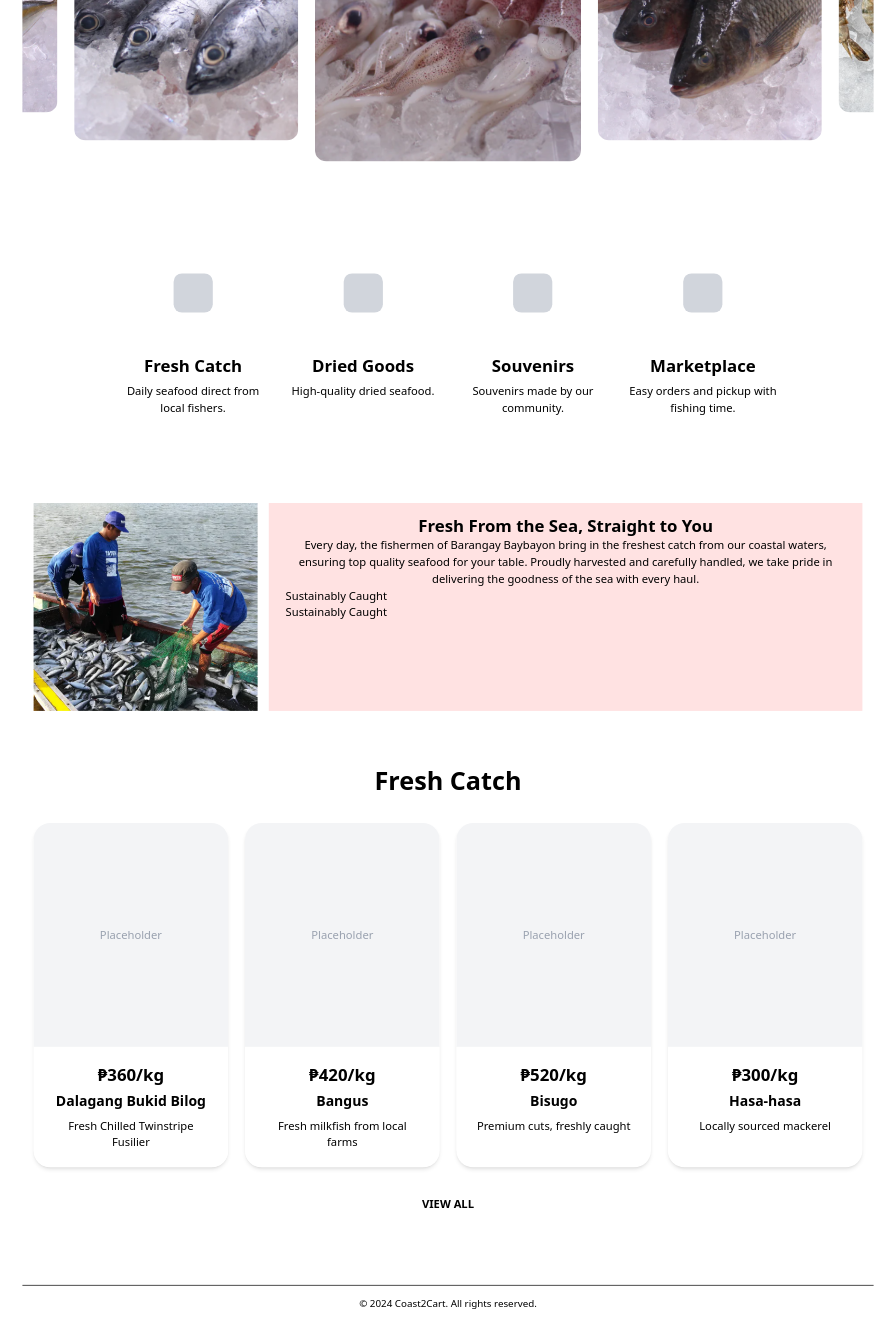
Repository: Coast2Card/coast2cart-frontend
Page: /
These files come from the project's save history. The page is drawn as it stood at one moment and after a run of saves; the edit follows.
The browser window is 1280 px wide. The pictures show the part of the page from y = 882 to 2802 px (the page is 2802 px tall before and 2765 px after), at 70% of full size.
The project was rebuilt for these pictures with package versions that can differ from the ones it lists, and the page was loaded fresh each time. Also part of the build but not shown: vite.config.js, src/pages/Seafood.jsx, src/pages/Souvenirs.jsx, src/pages/About.jsx, src/pages/Cart.jsx, src/pages/Profile.jsx, src/pages/Colors.jsx.

Above is the page before, as saved 2025-09-07 15:37:22.

### index.html
<!DOCTYPE html>
<html lang="en" data-theme="coast2cart">
  <head>
    <meta charset="UTF-8" />
    <!-- <link rel="icon" type="image/svg+xml" href="/vite.svg" /> -->
    <meta name="viewport" content="width=device-width, initial-scale=1.0" />
    <title>Coast2Cart</title>
  </head>
  <body>
    <div id="root"></div>
    <script type="module" src="/src/main.jsx"></script>
  </body>
</html>

### src/App.jsx
import { Routes, Route } from "react-router-dom";
import Layout from "./components/Layout";
import Home from "./pages/Home";
import Seafood from "./pages/Seafood";
import Souvenirs from "./pages/Souvenirs";
import About from "./pages/About";
import Cart from "./pages/Cart";
import Profile from "./pages/Profile";
import Colors from "./pages/Colors";
import "./App.css";

function App() {
  return (
    <Routes>
      {/* Routes with shared layout */}
      <Route path="/" element={<Layout />}>
        <Route index element={<Home />} />
        <Route path="seafood" element={<Seafood />} />
        <Route path="souvenirs" element={<Souvenirs />} />
        <Route path="about" element={<About />} />
        <Route path="cart" element={<Cart />} />
        <Route path="profile" element={<Profile />} />
        <Route path="colors" element={<Colors />} />
      </Route>
    </Routes>
  );
}

export default App;

### src/components/Layout.jsx
import { Outlet } from "react-router-dom";
import Navbar from "./Navbar";

const Layout = () => {
  return (
    <div className="min-h-screen bg-base-200">
      {/* Navigation Header */}
      <Navbar />

      {/* Main Content */}
      <main className=" mx-auto  ">
        <Outlet />
      </main>

      {/* Footer */}
      <footer className="bg-base-100 border-t border-base-300 mt-auto">
        <div className="max-w-7xl mx-auto py-4 px-4 sm:px-6 lg:px-8">
          <p className="text-center text-base-content/70 text-sm">
            © 2024 Coast2Cart. All rights reserved.
          </p>
        </div>
      </footer>
    </div>
  );
};

export default Layout;

### src/pages/Home.jsx
import homeBanner from "../assets/images/home_banner.jpg";
import baybayonLogo from "../assets/logos/c2c_white_transparent.png";
import fish1 from "../assets/images/home_fish1.png";
import fish2 from "../assets/images/home_fish2.png";
import fish3 from "../assets/images/home_fish3.png";
import fish4 from "../assets/images/home_fish4.png";
import fish5 from "../assets/images/home_fish5.png";
import HomeFeatures from "../components/home/HomeFeatures";
import HomeFreshCatch from "../components/home/HomeFreshCatch";
import HomeGallery from "../components/home/HomeGallery";
const Home = () => {
  return (
    <main className="relative overflow-x-hidden">
      {/* Home Banner */}
      <section className="w-full h-[70vh] md:h-185 relative">
        <img
          src={homeBanner}
          alt="Home Banner"
          className="w-full h-full object-cover relative z-4"
          onError={(e) => {
            console.log("Image failed to load:", homeBanner);
            e.target.style.display = "none";
          }}
          onLoad={() => console.log("Image loaded successfully:", homeBanner)}
        />

        <div className="absolute inset-0 bg-black opacity-60 z-10"></div>

        <div className="absolute inset-0 z-20 flex items-start py-20 justify-center">
          <div className="text-center text-white">
            <h1 className="text-xl sm:text-2xl lg:text-3xl font-extrabold font-display mb-[-30px] sm:mb-[-30px] md:mb-[-35px] lg:mb-[-47px]">
              Sea the best of Baybayon, from
            </h1>
            <img
              className="w-6/8 sm:w-5/8 md:4/8 lg:3/8 max-w-270 h-auto mx-auto "
              src={baybayonLogo}
            />
            <button className="mt-[-10px] bg-secondary text-primary uppercase px-6 py-2 rounded-full text-md sm:text-lg font-semibold hover:bg-secondary/90 transition-colors">
              Shop Now
            </button>
          </div>
        </div>
      </section>
      <section className=" relative overflow-hidden w-[140vw] flex items-center justify-center gap-6 mb-25   z-30 -mt-61 sm:-mt-60 left-1/2 -translate-x-1/2">
        <img
          src={fish1}
          alt="Fish 1"
          className="min-w-60 sm:w-65 h-90 object-cover rounded-2xl"
        />
        <img
          src={fish2}
          alt="Fish 2"
          className="min-w-65 h-85 sm:w-80 sm:h-110 object-cover rounded-2xl"
        />
        <img
          src={fish3}
          alt="Fish 3"
          className="min-w-75 h-115 sm:w-95 sm:h-125 object-cover rounded-2xl"
        />
        <img
          src={fish4}
          alt="Fish 4"
          className="min-w-65 h-90 sm:w-80 sm:h-110 object-cover rounded-2xl"
        />
        <img
          src={fish5}
          alt="Fish 5"
          className="min-w-60 sm:w-65 h-90 object-cover rounded-2xl"
        />
      </section>
      <section className="max-w-8xl mx-auto p-4 flex flex-col">
        <HomeFeatures className="mb-25" />
        <HomeGallery />
        <HomeFreshCatch />
      </section>
    </main>
  );
};

export default Home;

### src/components/Navbar.jsx
import { Link, useLocation } from "react-router-dom";
import { useState } from "react";
import { navLinks } from "../data/navigation";
import c2cLogo from "../assets/logos/c2c_transparent.png";
import searchIcon from "../assets/icons/search.png";
import cartIcon from "../assets/icons/cart.png";
import profileIcon from "../assets/icons/profile.png";
import commentIcon from "../assets/icons/comment.png";
const Navbar = () => {
  const location = useLocation();
  const [isMobileMenuOpen, setIsMobileMenuOpen] = useState(false);

  const isActive = (path) => {
    return location.pathname === path;
  };

  const toggleMobileMenu = () => {
    setIsMobileMenuOpen(!isMobileMenuOpen);
  };

  const closeMobileMenu = () => {
    setIsMobileMenuOpen(false);
  };

  return (
    <nav className="bg-base-300 shadow-lg py-2 sticky top-0 z-50">
      <div className="mx-auto px-6 sm:px-6 lg:px-8">
        <div className="flex justify-between h-16">
          <div className="flex items-center">
            <Link to="/" className="flex-shrink-0">
              <img src={c2cLogo} alt="Coast2Cart" className="h-17" />
            </Link>
          </div>

          {/* Desktop Navigation */}
          <div className="hidden md:flex items-center space-x-8">
            {navLinks.map((link) => (
              <Link
                key={link.path}
                to={link.path}
                className={`px-3 py-2 rounded-md text-md font-bold transition-colors ${
                  isActive(link.path)
                    ? " text-accent after:content-[''] after:block after:w-full after:h-0.5 after:bg-accent after:rounded-full"
                    : "text-black hover:text-primary hover:bg-base-200"
                }`}
              >
                {link.label}
              </Link>
            ))}
          </div>

          {/* Desktop Icons - Hidden on mobile */}
          <div className="hidden md:flex items-center gap-4 lg:gap-6">
            <img
              src={searchIcon}
              alt="Search"
              className="h-5 w-5 lg:h-5.5 lg:w-5.5 hover:cursor-pointer hover:opacity-60 transition-opacity duration-300"
            />
            <img
              src={commentIcon}
              alt="Comment"
              className="h-5 w-5 lg:h-5.5 lg:w-5.5 hover:cursor-pointer hover:opacity-60 transition-opacity duration-300"
            />
            <img
              src={cartIcon}
              alt="Cart"
              className="h-5 w-5 lg:h-5.5 lg:w-5.5 hover:cursor-pointer hover:opacity-60 transition-opacity duration-300"
            />
            <img
              src={profileIcon}
              alt="Profile"
              className="h-5 w-5 lg:h-5.5 lg:w-5.5 hover:cursor-pointer hover:opacity-60 transition-opacity duration-300"
            />
          </div>

          {/* Mobile menu button */}
          <div className="md:hidden flex items-center">
            <button
              onClick={toggleMobileMenu}
              className="inline-flex items-center justify-center p-2 rounded-md text-base-content hover:text-primary hover:bg-base-200 focus:outline-none focus:ring-2 focus:ring-inset focus:ring-primary"
              aria-expanded="false"
            >
              <span className="sr-only">Open main menu</span>
              {!isMobileMenuOpen ? (
                <svg
                  className="block h-6 w-6"
                  xmlns="http://www.w3.org/2000/svg"
                  fill="none"
                  viewBox="0 0 24 24"
                  stroke="currentColor"
                  aria-hidden="true"
                >
                  <path
                    strokeLinecap="round"
                    strokeLinejoin="round"
                    strokeWidth="2"
                    d="M4 6h16M4 12h16M4 18h16"
                  />
                </svg>
              ) : (
                <svg
                  className="block h-6 w-6"
                  xmlns="http://www.w3.org/2000/svg"
                  fill="none"
                  viewBox="0 0 24 24"
                  stroke="currentColor"
                  aria-hidden="true"
                >
                  <path
                    strokeLinecap="round"
                    strokeLinejoin="round"
                    strokeWidth="2"
                    d="M6 18L18 6M6 6l12 12"
                  />
                </svg>
              )}
            </button>
          </div>
        </div>
      </div>

      {/* Mobile Navigation Menu */}
      <div className={`md:hidden ${isMobileMenuOpen ? "block" : "hidden"}`}>
        <div className="px-2 pt-2 pb-3 space-y-1 sm:px-3 bg-base-100 border-t border-base-300">
          {navLinks.map((link) => (
            <Link
              key={link.path}
              to={link.path}
              onClick={closeMobileMenu}
              className={`block px-3 py-2 rounded-md text-base font-medium transition-colors ${
                isActive(link.path)
                  ? "bg-primary text-primary-content"
                  : "text-base-content hover:text-primary hover:bg-base-200"
              }`}
            >
              {link.label}
            </Link>
          ))}

          {/* Mobile Icons */}
          <div className="flex items-center justify-center gap-6 pt-4 border-t border-base-300 mt-4">
            <img
              src={searchIcon}
              alt="Search"
              className="h-6 w-6 hover:cursor-pointer hover:opacity-60 transition-opacity duration-300"
            />
            <img
              src={commentIcon}
              alt="Comment"
              className="h-6 w-6 hover:cursor-pointer hover:opacity-60 transition-opacity duration-300"
            />
            <img
              src={cartIcon}
              alt="Cart"
              className="h-6 w-6 hover:cursor-pointer hover:opacity-60 transition-opacity duration-300"
            />
            <img
              src={profileIcon}
              alt="Profile"
              className="h-6 w-6 hover:cursor-pointer hover:opacity-60 transition-opacity duration-300"
            />
          </div>
        </div>
      </div>
    </nav>
  );
};

export default Navbar;

### src/components/home/HomeFeatures.jsx
import cartIcon from "../../assets/icons/cart.png";
import commentIcon from "../../assets/icons/comment.png";
import profileIcon from "../../assets/icons/profile.png";
import searchIcon from "../../assets/icons/search.png";

const features = [
  {
    icon: cartIcon,
    title: "Fresh Catch",
    description: "Daily seafood direct from local fishers.",
  },
  {
    icon: searchIcon,
    title: "Dried Goods",
    description: "High-quality dried seafood.",
  },
  {
    icon: commentIcon,
    title: "Souvenirs",
    description: "Souvenirs made by our community.",
  },
  {
    icon: profileIcon,
    title: "Marketplace",
    description: "Easy orders and pickup with fishing time.",
  },
];

const HomeFeatures = ({ className = "" }) => {
  return (
    <article className={` mx-auto w-full ${className}`}>
      <section className="grid grid-cols-1 sm:grid-cols-2 space-y-6 lg:grid-cols-4 gap-6 sm:w-[95%] lg:w-[90%] xl:w-[80%] mx-auto">
        {features.map((item, index) => (
          <div
            key={index}
            className="flex flex-col items-center justify-start gap-2"
          >
            <div className="bg-accent mb-2 p-11 sm:p-11 flex justify-center items-center rounded-full">
              <div className="bg-gray-300 rounded-xl p-1 h-14 w-14"></div>
            </div>
            <h3 className="text-2xl font-bold text-primary">{item.title}</h3>
            <h3 className="text-md text-center">{item.description}</h3>
          </div>
        ))}
      </section>
    </article>
  );
};

export default HomeFeatures;

### src/components/home/HomeFreshCatch.jsx
const freshCatchItems = [
  {
    id: 1,
    price: "₱360/kg",
    name: "Dalagang Bukid Bilog",
    description: "Fresh Chilled Twinstripe Fusilier",
    image: null,
  },
  {
    id: 2,
    price: "₱420/kg",
    name: "Bangus",
    description: "Fresh milkfish from local farms",
    image: null,
  },
  {
    id: 3,
    price: "₱520/kg",
    name: "Bisugo",
    description: "Premium cuts, freshly caught",
    image: null,
  },
  {
    id: 4,
    price: "₱300/kg",
    name: "Hasa-hasa",
    description: "Locally sourced mackerel",
    image: null,
  },
];

const HomeFreshCatch = ({ className = "" }) => {
  return (
    <div className={`flex flex-col text-center ${className}`}>
      <h1 className="text-4xl font-bold text-accent mb-10">Fresh Catch</h1>
      <section className="grid grid-cols-1 sm:grid-cols-2 xl:grid-cols-4  gap-6 mb-8">
        {freshCatchItems.map((item) => (
          <div
            key={item.id}
            className="flex flex-col shadow-md overflow-hidden rounded-3xl"
          >
            <div className="bg-gray-100 h-80 flex items-center justify-center text-gray-400">
              Placeholder
            </div>
            <div className="bg-white p-6  flex flex-col gap-2 text-center items-center justify-center">
              <h3 className="text-success text-2xl font-bold">{item.price}</h3>
              <h3 className="text-black font-bold text-xl">{item.name}</h3>
              <p className="text-md">{item.description}</p>
            </div>
          </div>
        ))}
      </section>
      <div className="mb-20">
        <button className="bg-secondary text-primary uppercase px-6 py-2 rounded-full text-md font-semibold hover:bg-secondary/90 transition-colors">
          View All
        </button>
      </div>
    </div>
  );
};

export default HomeFreshCatch;

### src/components/home/HomeGallery.jsx
import React from "react";
import homeGallery1 from "../../assets/images/home_gallery1.png";
const HomeGallery = () => {
  return (
    <div className="w-full flex gap-4 mb-20 ">
      <div className="flex-1 min-w-80 w-full h-full ">
        <img src={homeGallery1} className="w-full h-full object-cover  " />
      </div>
      <div className=" bg-red-100 flex-col min-w-20  p-4 gap-4 justify-center">
        <h2 className="font-bold text-2xl text-primary">
          Fresh From the Sea, Straight to You
        </h2>
        <p className="text-md">
          Every day, the fishermen of Barangay Baybayon bring in the freshest
          catch from our coastal waters, ensuring top quality seafood for your
          table. Proudly harvested and carefully handled, we take pride in
          delivering the goodness of the sea with every haul.
        </p>
        <div className="flex gap-2">
          <img />
          <div className="flex flex-col">
            <h3>Sustainably Caught</h3>
            <h3>Sustainably Caught</h3>
          </div>
        </div>
      </div>
    </div>
  );
};

export default HomeGallery;

### src/data/navigation.js
// Navigation links data
export const navLinks = [
  { path: "/", label: "Home" },
  { path: "/seafood", label: "Seafood" },
  { path: "/souvenirs", label: "Souvenirs" },
  { path: "/about", label: "About" },
  // { path: "/cart", label: "Cart" },
  // { path: "/profile", label: "Profile" },
  // { path: "/colors", label: "Colors" },
];

Loaded but not shown: src/main.jsx (common file); src/index.css (common file); src/App.css (common file)

After the next 2 saves:
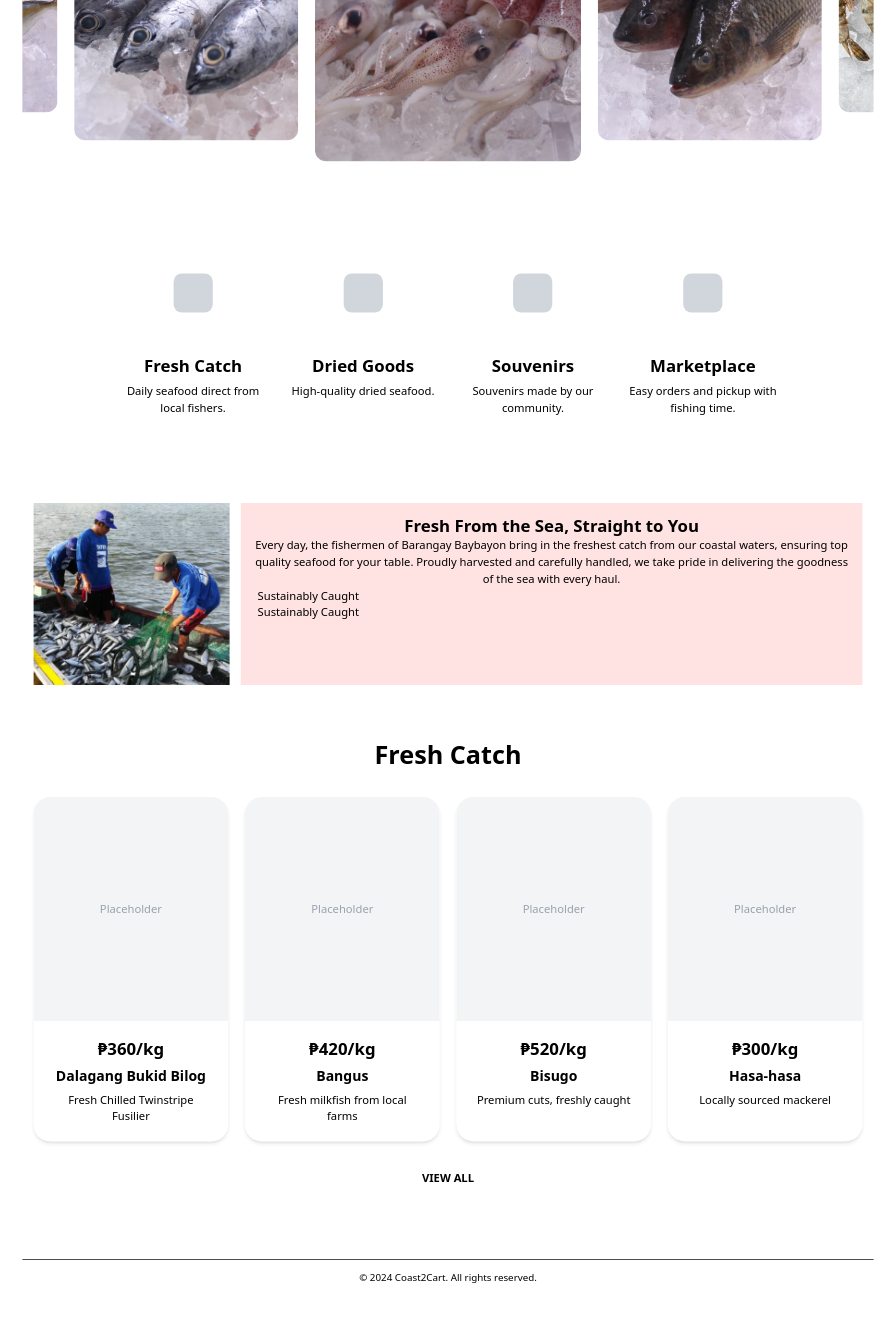
The 2 saves are shown as one change because they came seconds apart.
The last was saved 7 s later.
--- a/src/components/home/HomeGallery.jsx
+++ b/src/components/home/HomeGallery.jsx
@@ -3,7 +3,7 @@ import homeGallery1 from "../../assets/images/home_gallery1.png";
 const HomeGallery = () => {
   return (
     <div className="w-full flex gap-4 mb-20 ">
-      <div className="flex-1 min-w-80 w-full h-full ">
+      <div className="flex-1 min-w-70 w-full h-[120%] ">
         <img src={homeGallery1} className="w-full h-full object-cover  " />
       </div>
       <div className=" bg-red-100 flex-col min-w-20  p-4 gap-4 justify-center">
